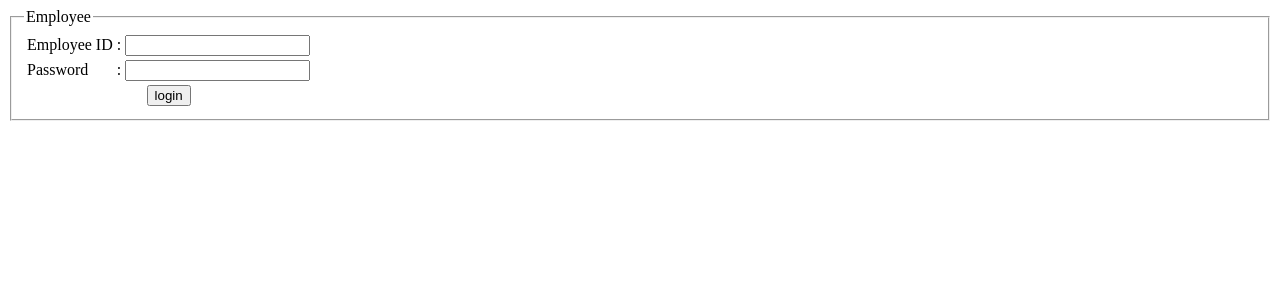
Repository: ramanagouda1001/TY_CG_HTD_BangaloreNovember_JFS_RamanagoudaB
Page: http://localhost/mywebapp/logInForm.jsp
The author's editor kept a copy of each file at every save. The page is drawn from the files as they stood at one save, then again after the next save.
The browser window is 1280 px wide. The pictures show the whole page.
The page is served by Tomcat 9.

Above is the page before, as saved 2019-12-17 12:31:25.

After the next save:
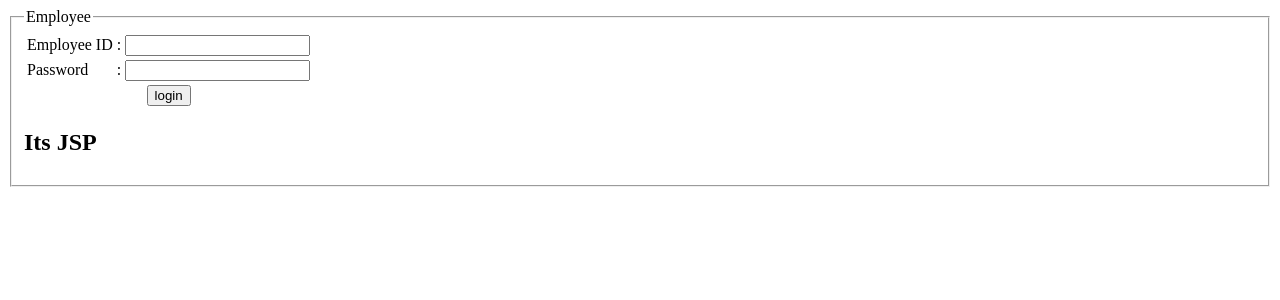
Saved 2 min 47 s later.
--- a/BackEnd/servelet/mywebapp/src/main/webapp/logInForm.jsp
+++ b/BackEnd/servelet/mywebapp/src/main/webapp/logInForm.jsp
@@ -28,6 +28,7 @@
 			</tr>
 		</table>
 	</form>
+	<h2>Its JSP</h2>
 	</fieldset>
 </body>
 </html>
